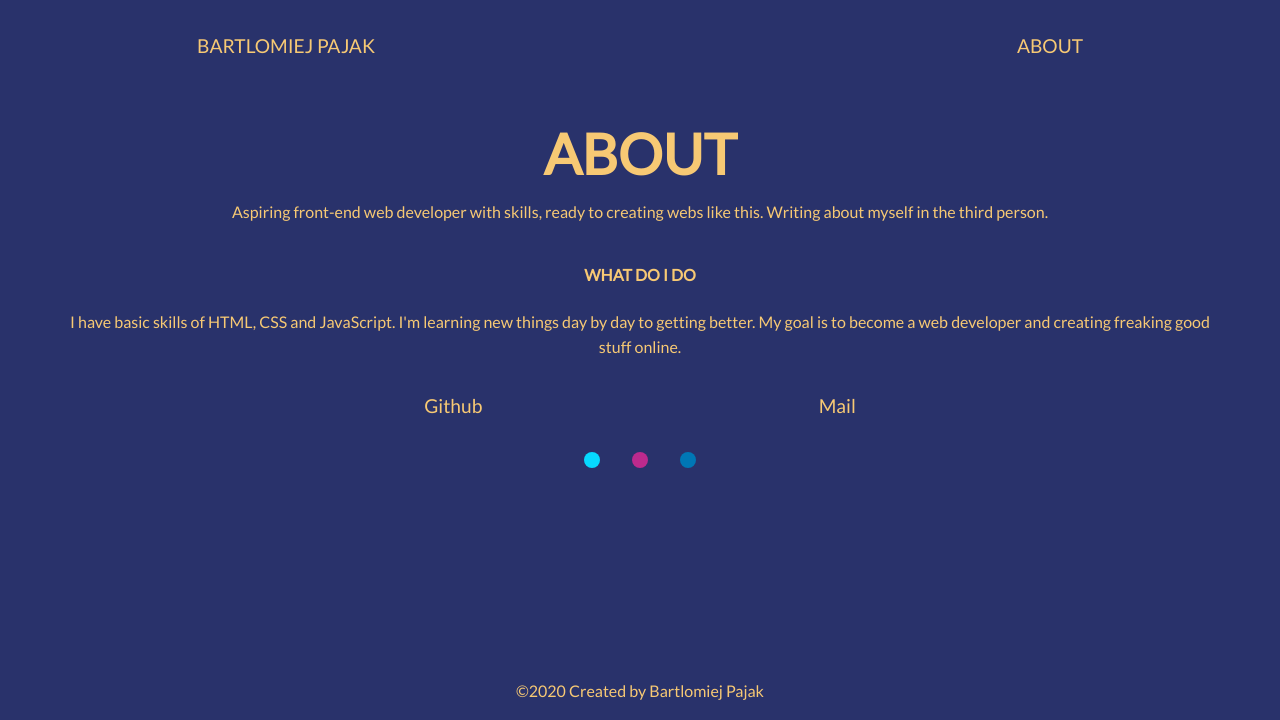
Repository: spidero7/personal-site
Page: about.html
These files come from the project's save history. The page is drawn as it stood at one moment and after the next save; the edit follows.
The browser window is 1280 px wide. The pictures show the whole page.

Above is the page before, as saved 2020-04-16 23:09:55.

### about.html
<!DOCTYPE html>
<html>

    <head>
        <meta charset="utf-8">
        <title>Bartlomiej Pajak</title>
        <meta name="viewport" content="width=device-width, initial-scale=1">
        <link rel="stylesheet" href="css/normalize.css">
        <link href="https://fonts.googleapis.com/css2?family=Lato&display=swap" rel="stylesheet">
        <link rel="stylesheet" href="css/style.css">
        <link rel="stylesheet" href="css/flexbox.css">
    </head>

    <body>

        <div>
            <header class="main-header">
                <nav>
                    <ul class="main-nav">
                        <li><a href="index.html">Bartlomiej Pajak</a></li>
                        <li><a href="about.html">About</a></li>
                    </ul>
                </nav>
            </header>
        </div>

        <div class="about-container">

            <h1 class="about">About</h1>
            <p class="me">Aspiring front-end web developer with skills, ready to creating webs like this. Writing about myself in the third person.</p>
            <h4>What do I do</h4>
            <p>I have basic skills of HTML, CSS and JavaScript. I'm learning new things day by day to getting better. My goal is to become a web developer and creating freaking good stuff online.</p>

        </div>

        <div>
            <ul class="contact">
                <li><a href="#">Github</a></li>
                <li><a href="#">Mail</a></li>
            </ul>
        </div>

        <div>
            <ul class="social">
                <li><a target="_blank" href="#" class="twitter">twitter</a></li>
                <li><a target="_blank" href="#" class="instagram">instagram</a></li>
                <li><a target="_blank" href="#" class="linkedin">linkedin</a></li>
            </ul>
        </div>

        <footer class="main-footer">
            <span>&copy;2020 Created by Bartlomiej Pajak</span>
        </footer>

    </body>
</html>

### css/style.css
/* =================================
  Base Element Styles
==================================== */

* {
    box-sizing: border-box;
}

body {
    font-family: 'Lato', sans-serif;
    line-height: 1.6;
    color: #F7C974;
    margin: 0;
    background-color: #29326B;
}

h1 {
    text-transform: uppercase;
    text-align: center;
    display: block;
    font-size: 3.5em;
    margin-bottom: auto;

}

h4 {
    text-transform: uppercase;
    align-self: center;
}

ul {
    margin: 0;
    padding: 0;
    list-style: none;
}

a {
    text-decoration: none;
    color: #F7C974;
    font-weight: 500;
    font-size: 1.2em;

}

p {
    margin-top: 0;
}

/* =================================
  Base Layout Styles
==================================== */

/* ---- Navigation ---- */

.main-nav {
    margin-top: 5px;
}

.main-nav a {
    text-align: center;
    display: block;
    padding: 5px 5px;
    text-transform: uppercase;
    margin-top: 15px;
}

a:hover {
    color: rgb(212, 188, 144);
}

.target {
    text-align: center;
    display: block;
    font-weight: 500;
    font-size: 1.2em;
    margin-top: 10px;;
}


/* ---- Layout Containers ---- */

.main-header {
    padding-top: .35em;
    padding-bottom: .35em;
}

.container {
    padding: 1em 0;
    width: 80%;
    margin: 0 auto;
}

.main-footer {
    padding: 1em 0;
    margin-top: 30px;
    text-align: center;
}

.about-container {
    width: 90%;
    margin: 0 auto;
    text-align: center;
}

.contact {
    margin: 15px auto 0 auto;
    width: 60%;
}

/* =================================
    Social
==================================== */

.social a{
    display: inline-block;
    border-radius: 50%;
    margin: 30px 16px 0 16px;
    width: 16px;
    height: 16px;
    overflow: hidden;
    white-space: nowrap;
    text-indent: 99em;
}

.twitter {
    background-color: #06d9ff;
}

.instagram {
    background-color: #bc2a8d;
}

.linkedin {
    background-color: #0077B5;
}

/* =================================
  Media Queries
==================================== */


@media (min-width: 769px) {
    .main-header,
    .main-footer,
    .container  {
        width: 80%;
        margin: 0 auto;
    }

    .position {
        font-size: 4.5em;
    }

    .target {
        font-size: 1.4em;
    }

}

@media (min-width: 1025px) {
    .container{
        width: 60%;
        max-width: 810px;
    }
}

@media (min-width: 1025px) {
    .main-header {
        width: 70%;
    }
}

### css/flexbox.css
/* =================================
  Base Styles
==================================== */

body {
    display: flex;
    flex-direction: column;
    min-height: 100vh;
}

.main-footer {
    margin-top: auto;
}

.about-container {
    display: flex;
    flex-direction: column;
    align-items: center;
}

.contact {
    display: flex;
    justify-content: space-around;
    margin: 15px auto 0 auto;
}

.social {
    display: flex;
    justify-content: center;
}

/* =================================
  Media Queries
==================================== */

@media (min-width: 769px) {
    .main-nav {
        display: flex;
        flex-direction: row;
        justify-content: space-between;
    }

    .container {
        margin-top: 50px;
    }

}

Loaded but not shown: css/normalize.css (library)

After the next save:
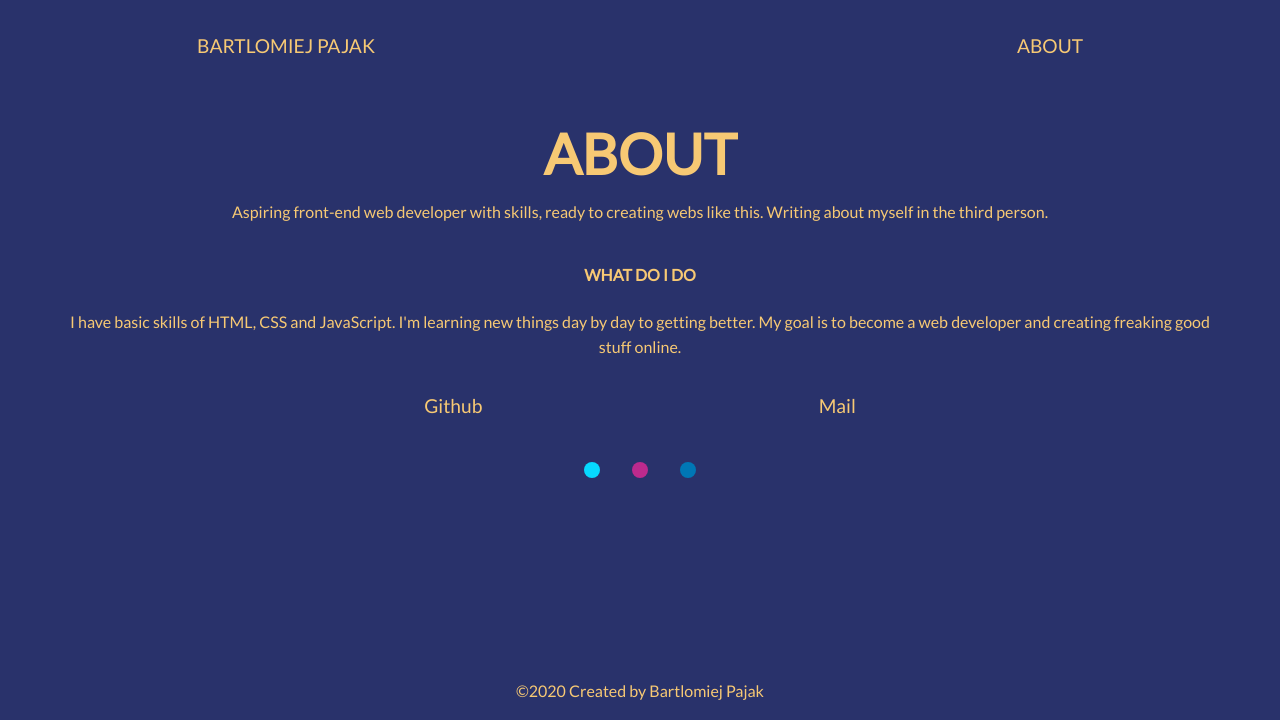
Saved 96 s later.
--- a/css/style.css
+++ b/css/style.css
@@ -114,7 +114,7 @@ a:hover {
 .social a{
     display: inline-block;
     border-radius: 50%;
-    margin: 30px 16px 0 16px;
+    margin: 40px 16px 0 16px;
     width: 16px;
     height: 16px;
     overflow: hidden;
